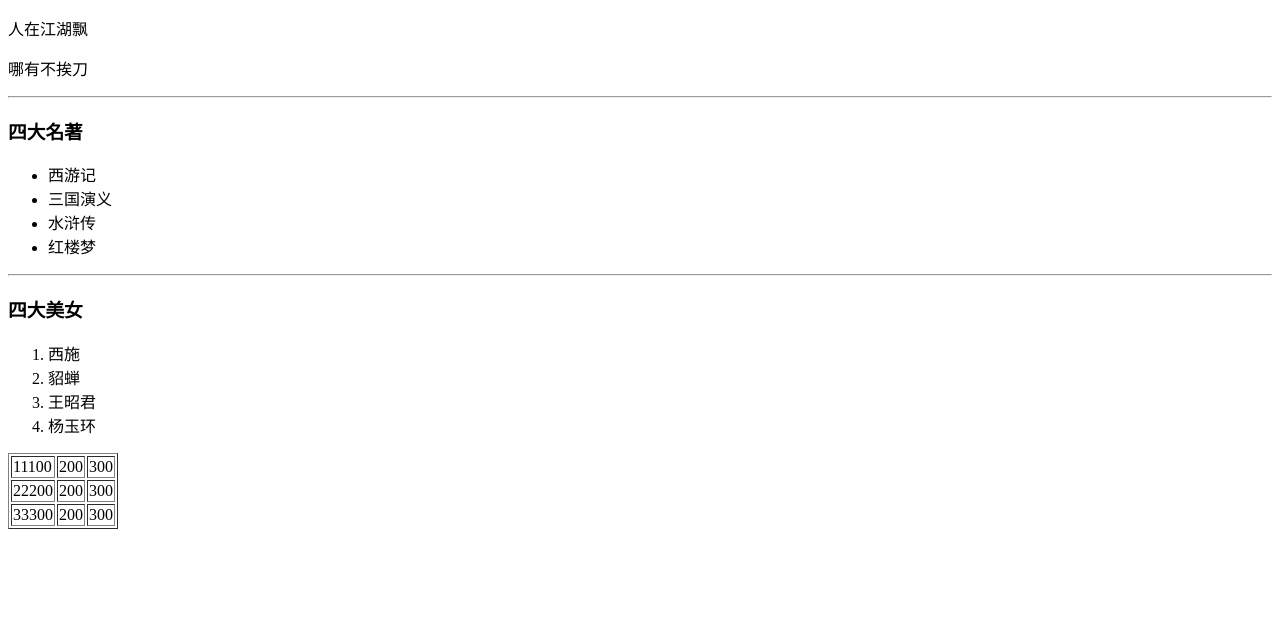
Repository: qyl1006/JavaApps
Page: workspace/html/WebContent/hello/index.html
The author's editor kept a copy of each file at every save. The page is drawn from the files as they stood at one save, then again after the next save.
The browser window is 1280 px wide. The pictures show the whole page.

Above is the page before, as saved 2018-02-06 15:13:02.

After the next save:
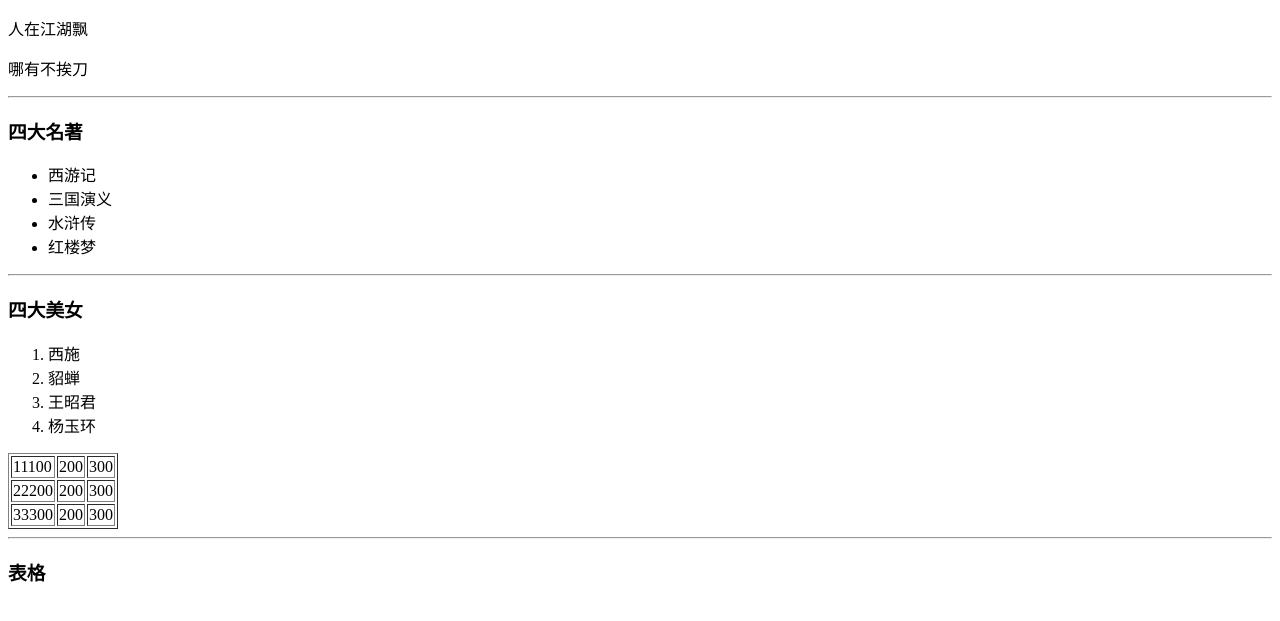
Saved 16 h 56 min later.
--- a/workspace/html/WebContent/hello/index.html
+++ b/workspace/html/WebContent/hello/index.html
@@ -7,7 +7,7 @@
 <body>
 	<p>人在江湖飘</p>
 	<p>哪有不挨刀</p>
-	<hr/>
+	<hr />
 	<h3>四大名著</h3>
 	<ul>
 		<li>西游记</li>
@@ -16,7 +16,7 @@
 		<li>红楼梦</li>
 	</ul>
 
-	<hr/>
+	<hr />
 	<h3>四大美女</h3>
 	<ol>
 		<li>西施</li>
@@ -42,5 +42,12 @@
 			<td>300</td>
 		</tr>
 	</table>
+
+	<hr />
+	<h3>表格</h3>
+	<table>
+
+	</table>
+
 </body>
 </html>
